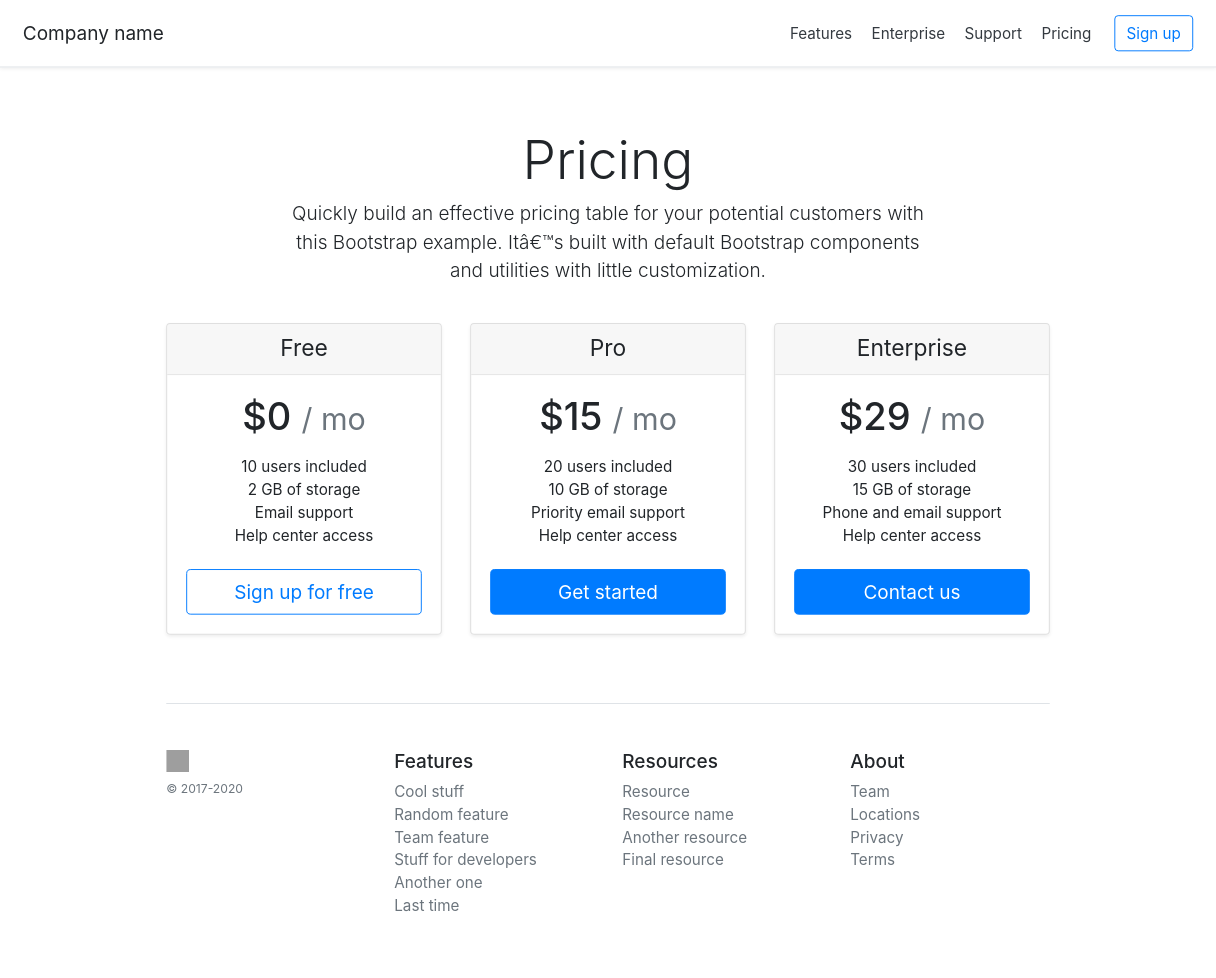
Repository: SettingRhino/innogleantmanager
Page: http://localhost/antmanager/WEB-INF/views/home.jsp
The author's editor kept a copy of each file at every save. The page is drawn from the files as they stood at one save, then again after the next save.
The browser window is 1280 px wide. The pictures show the whole page, at 95% of full size.
Pictures or frames that could not be fetched are drawn as grey boxes. The page is served by Tomcat 9. Nobody is signed in. The template is opened directly, without the code that normally fills it, so the values that code supplies are empty.

Above is the page before, as saved 2020-06-07 16:58:11.

After the next save:
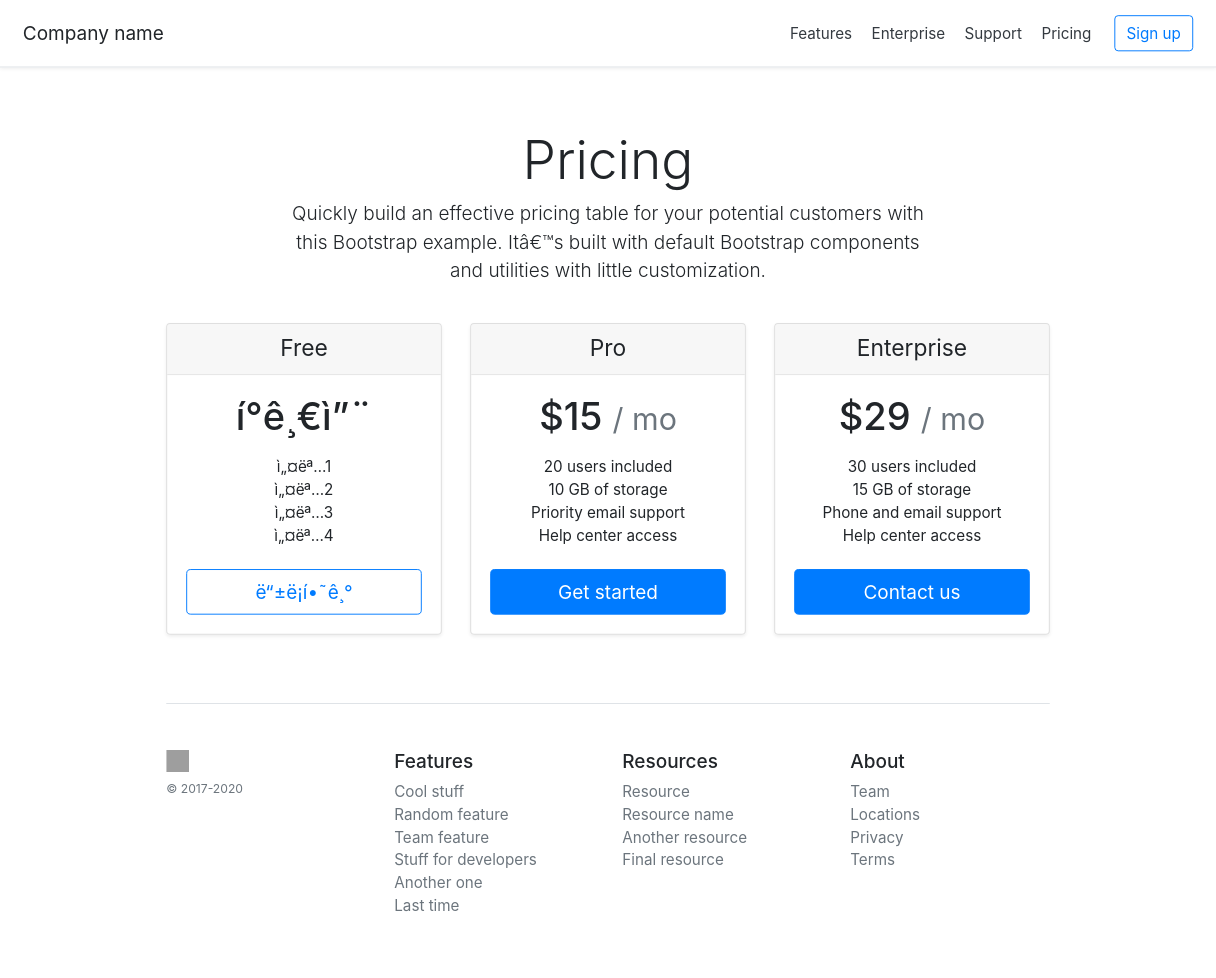
Saved 3 min 0 s later.
--- a/antmanager/src/main/webapp/WEB-INF/views/home.jsp
+++ b/antmanager/src/main/webapp/WEB-INF/views/home.jsp
@@ -64,14 +64,14 @@
         <h4 class="my-0 font-weight-normal">Free</h4>
       </div>
       <div class="card-body">
-        <h1 class="card-title pricing-card-title">$0 <small class="text-muted">/ mo</small></h1>
+        <h1 class="card-title pricing-card-title">큰글씨</h1>
         <ul class="list-unstyled mt-3 mb-4">
-          <li>10 users included</li>
-          <li>2 GB of storage</li>
-          <li>Email support</li>
-          <li>Help center access</li>
+          <li>설명1</li>
+          <li>설명2</li>
+          <li>설명3</li>
+          <li>설명4</li>
         </ul>
-        <button type="button" class="btn btn-lg btn-block btn-outline-primary">Sign up for free</button>
+        <button type="button" class="btn btn-lg btn-block btn-outline-primary">등록하기</button>
       </div>
     </div>
     <div class="card mb-4 shadow-sm">
